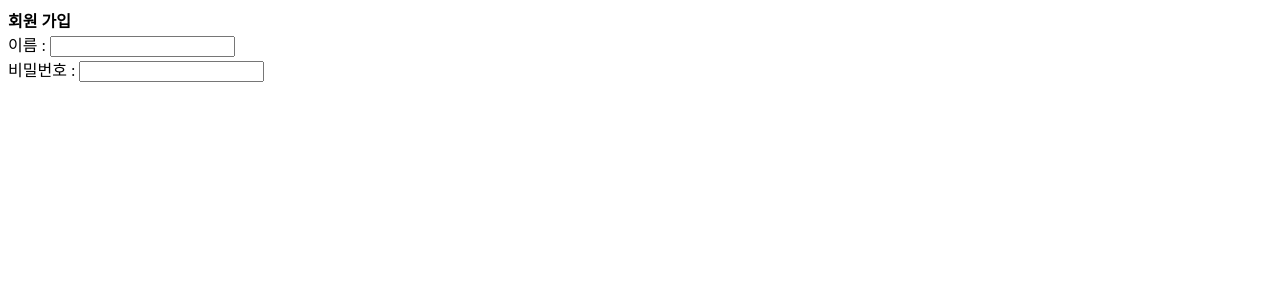
Repository: Kanghanna/One-Pick
Page: http://localhost/Login_Project/insert.jsp
An editor plug-in stored every save of this project. The page is shown before and after the next save, followed by the edit.
The browser window is 1280 px wide. The pictures show the whole page.
The page is served by Tomcat 9.

Above is the page before, as saved 2019-03-29 02:57:10.

After the next save:
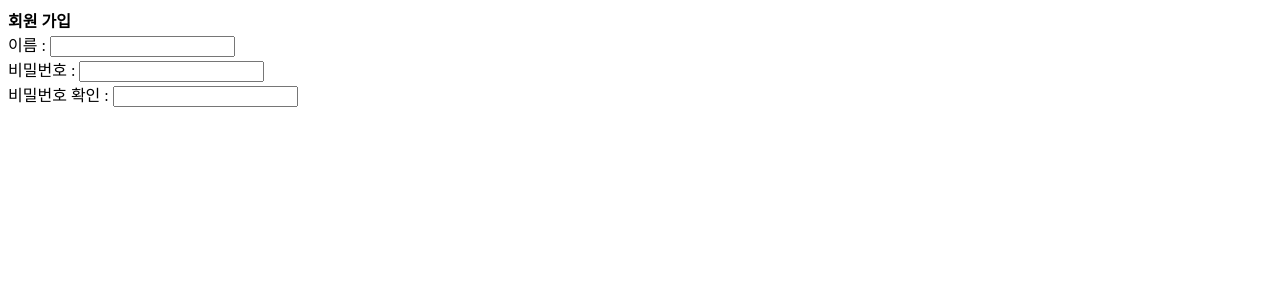
Saved 12 s later.
--- a/Login_Project/WebContent/insert.jsp
+++ b/Login_Project/WebContent/insert.jsp
@@ -4,4 +4,5 @@
 <form>
 이름 : <input type ="text" name = "name"><br>
 비밀번호 : <input type ="password" name = "pw"><br>
+비밀번호 확인 : <input type ="password" name = "pw2"><br>
 </form>
